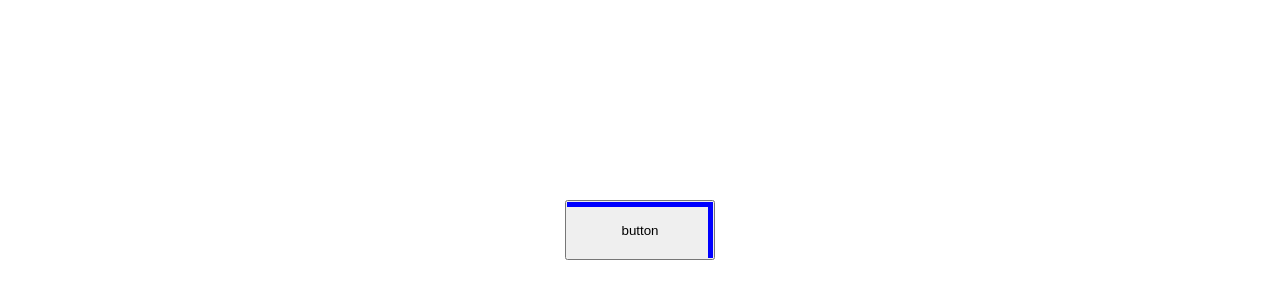
Repository: tung1233hhhhhhhhhhhhh/login-demo
Page: test.html
An editor plug-in stored every save of this project. The page is shown before and after the next save, followed by the edit.
The browser window is 1280 px wide. The pictures show the whole page.

Above is the page before, as saved 2023-02-14 17:33:42.

After the next save:
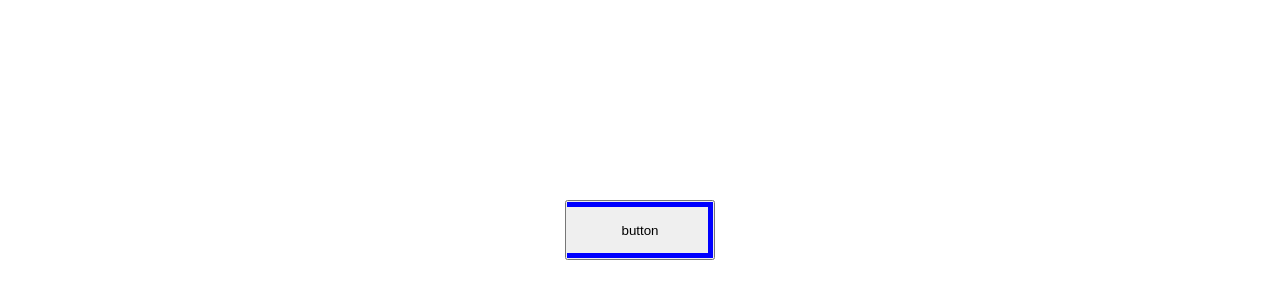
Saved 70 s later.
--- a/test.css
+++ b/test.css
@@ -29,3 +29,13 @@ button span:nth-child(2) {
     transition: height .5s ease;
     background-color: blue;
 }
+
+button span:nth-child(3) {
+    position: absolute;
+    bottom: 0;
+    right: 0;
+    width: 100%;
+    height: 5px;
+    transition: height .5s ease;
+    background-color: blue;
+}
